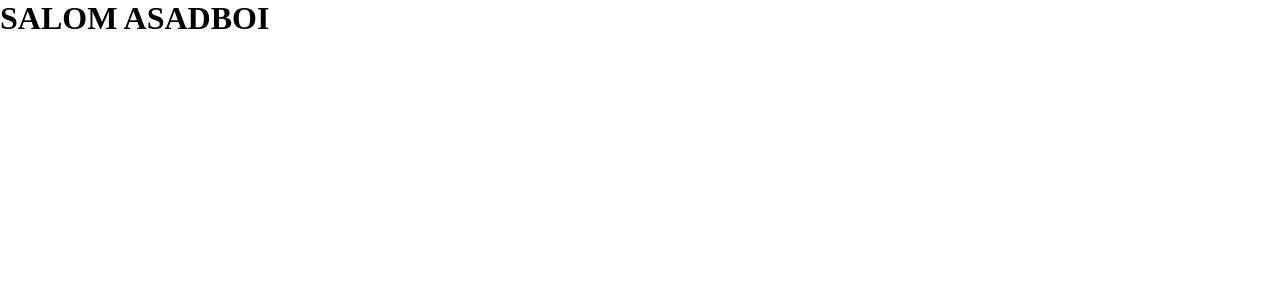
Repository: KHANas02/CACTUS
Page: index.html
These files come from the project's save history. The page is drawn as it stood at one moment and after a run of saves; the edit follows.
The browser window is 1280 px wide. The pictures show the whole page.

Above is the page before, as saved 2024-02-21 17:07:38.

### index.html
<!DOCTYPE html>
<html lang="en">
<head>
    <meta charset="UTF-8">
    <meta name="viewport" content="width=device-width, initial-scale=1.0">
    <title>Document</title>
    <link rel="stylesheet" href="./style.css">
</head>
<body>
    <div class="conteiner">
<h1>SALOM ASADBOI</h1>





    </div>



</body>
</html>

### style.css
*{
padding: 0;
margin: 0;
box-sizing: boder-box;
text-decoration: none;
outline: none;
}

After the next 3 saves:
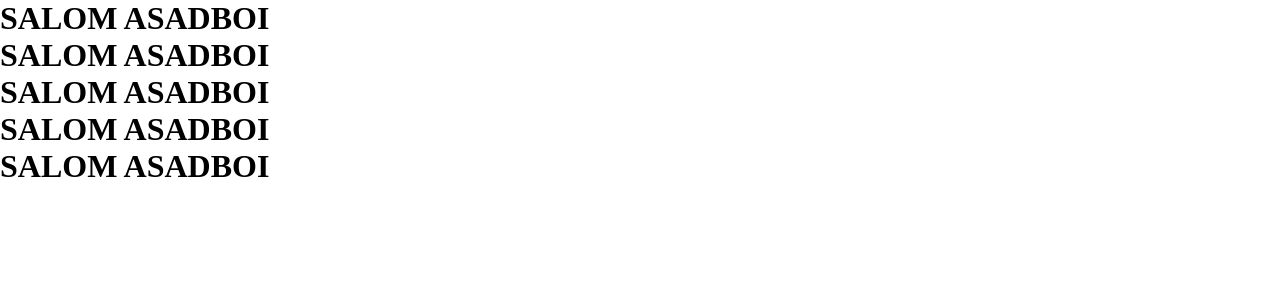
The 3 saves are shown as one change because they came seconds apart.
The last was saved 22 s later.
--- a/index.html
+++ b/index.html
@@ -8,6 +8,10 @@
 </head>
 <body>
     <div class="conteiner">
+<h1>SALOM ASADBOI</h1>
+<h1>SALOM ASADBOI</h1>
+<h1>SALOM ASADBOI</h1>
+<h1>SALOM ASADBOI</h1>
 <h1>SALOM ASADBOI</h1>
 
 
